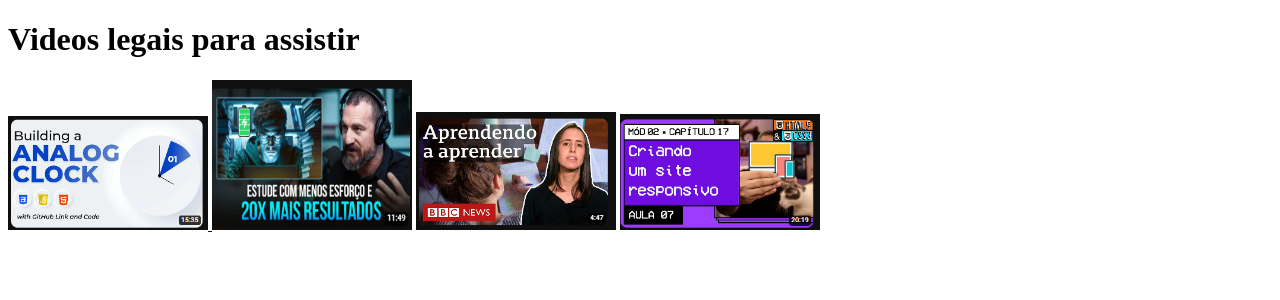
Repository: GabrielTrevisanMargrander/Html-Css
Page: Exercicios/ex012/desafio/index.html
An editor plug-in stored every save of this project. The page is shown before and after a run of saves, followed by the edit.
The browser window is 1280 px wide. The pictures show the whole page.

Above is the page before, as saved 2023-05-31 20:33:45.

After the next 3 saves:
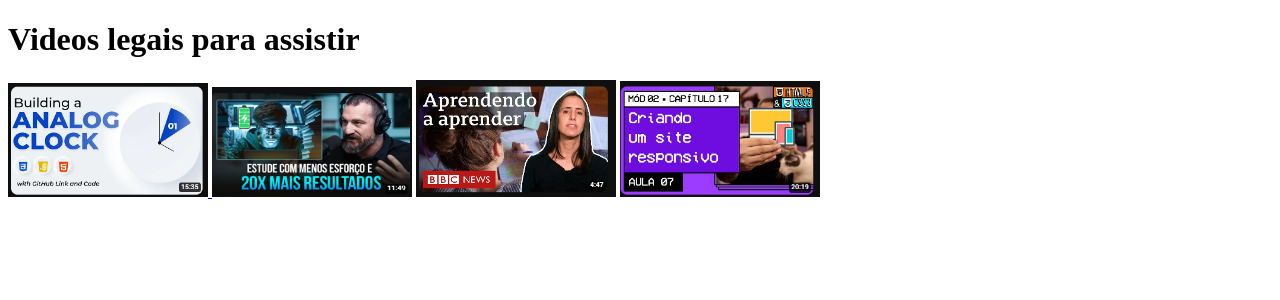
The 3 saves are shown as one change because they came seconds apart.
The last was saved 10 s later.
--- a/Exercicios/ex012/desafio/index.html
+++ b/Exercicios/ex012/desafio/index.html
@@ -12,7 +12,7 @@
     </h1>
 
 <a href="autor.html" target="_blank"> <img src="iamgens/imagem1.png" alt="nem sei" width="200px"> </a>
-<a href="ingles.html"> <img src="iamgens/imagem2.png" width="200px" height="150px" alt=""></a>
+<a href="ingles.html"> <img src="iamgens/imagem2.png" width="200px" height="110px" alt=""></a>
 <a href="passos.html"> <img src="iamgens/imagem3.png" width="200px" alt=""></a>
 <a href="zero.html"> <img src="iamgens/imagem4.png" width="200px" alt=""></a>
 
